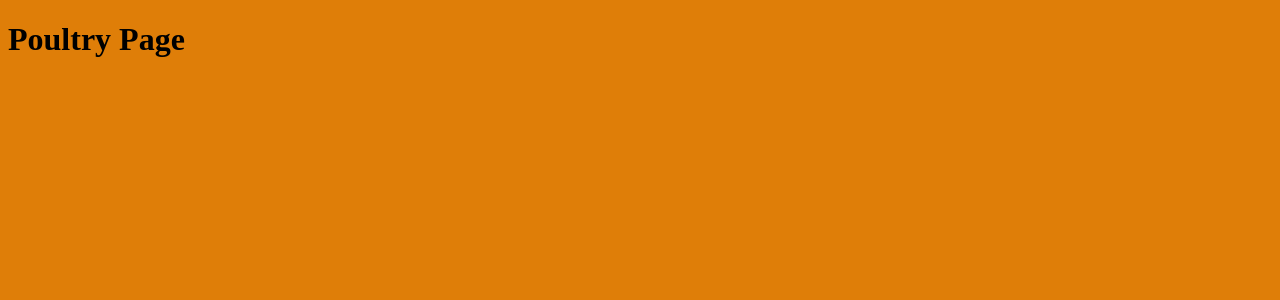
Repository: Allevandrose/Agri-invest
Page: poultry.html
An editor plug-in stored every save of this project. The page is shown before and after a run of saves, followed by the edit.
The browser window is 1280 px wide. The pictures show the whole page.

Above is the page before, as saved 2024-04-03 10:35:14.

After the next 3 saves:
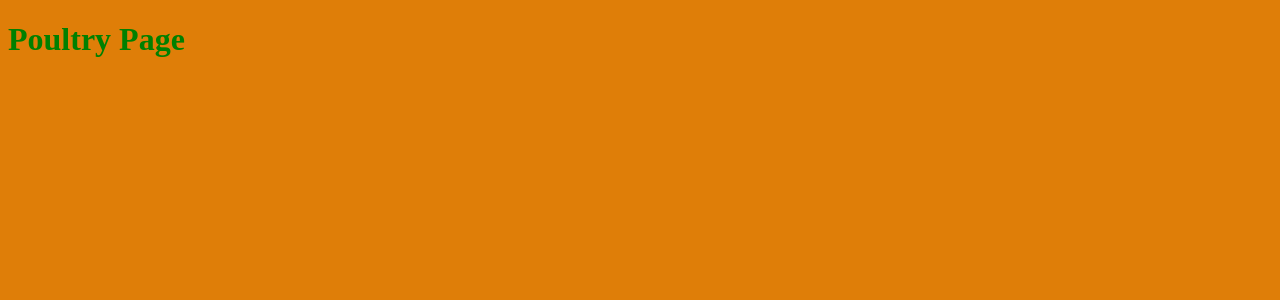
The 3 saves are shown as one change because they came seconds apart.
The last was saved 8 s later.
--- a/poultry.css
+++ b/poultry.css
@@ -3,5 +3,5 @@
 }
 
 .h1 {
-    color:
+    color: green;
 }
